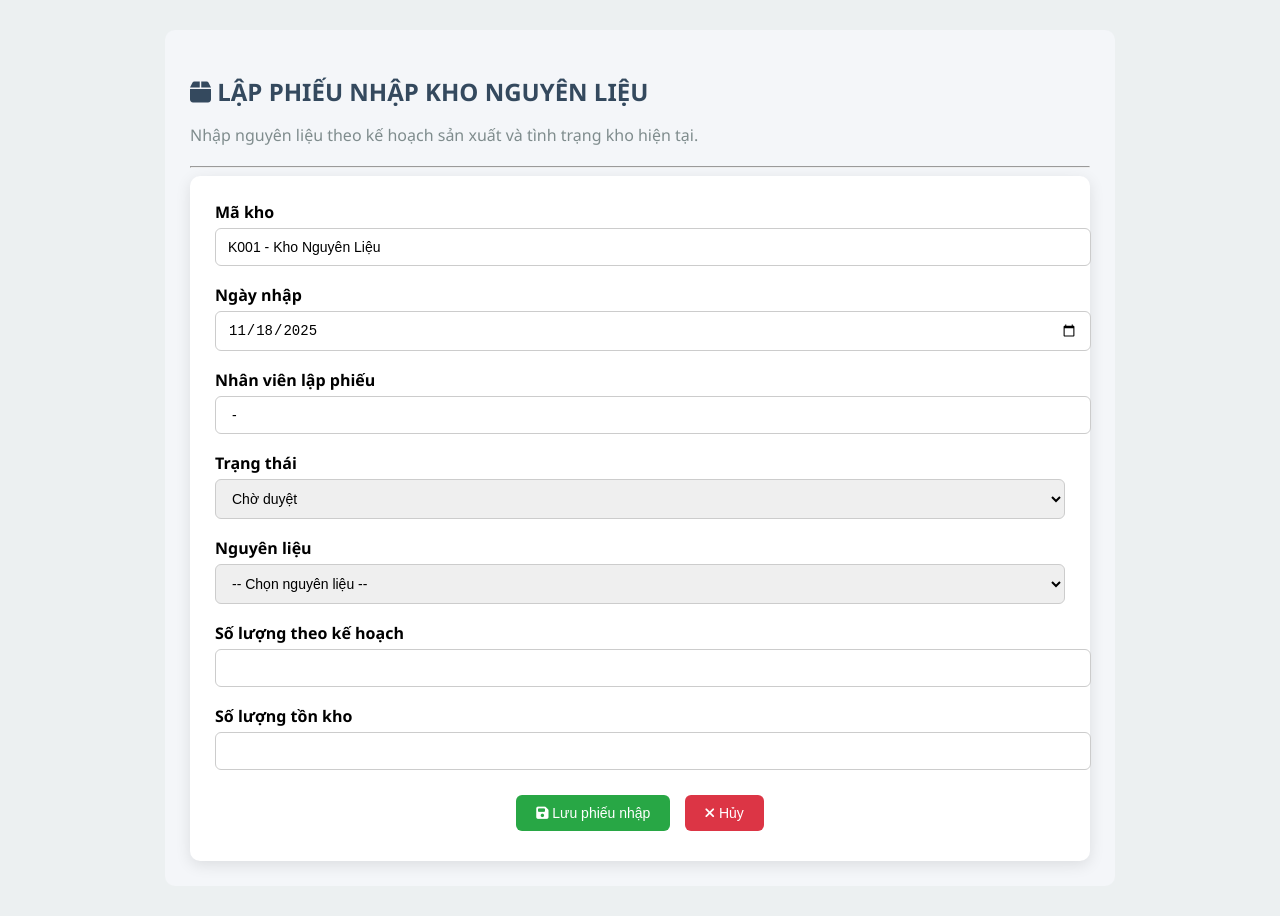
Repository: TienThanhTranK18IUH/PTUD_QLSX_NHAMAY_NOPAINNOGAIN
Page: http://localhost/app/views/phieu/nhapNL.php
The author's editor kept a copy of each file at every save. The page is drawn from the files as they stood at one save, then again after the next save.
The browser window is 1280 px wide. The pictures show the whole page.
The page is run by PHP 8.4 with error messages shown; the project is at /var/www/html/.

Above is the page before, as saved 2025-12-15 20:53:03.

After the next save:
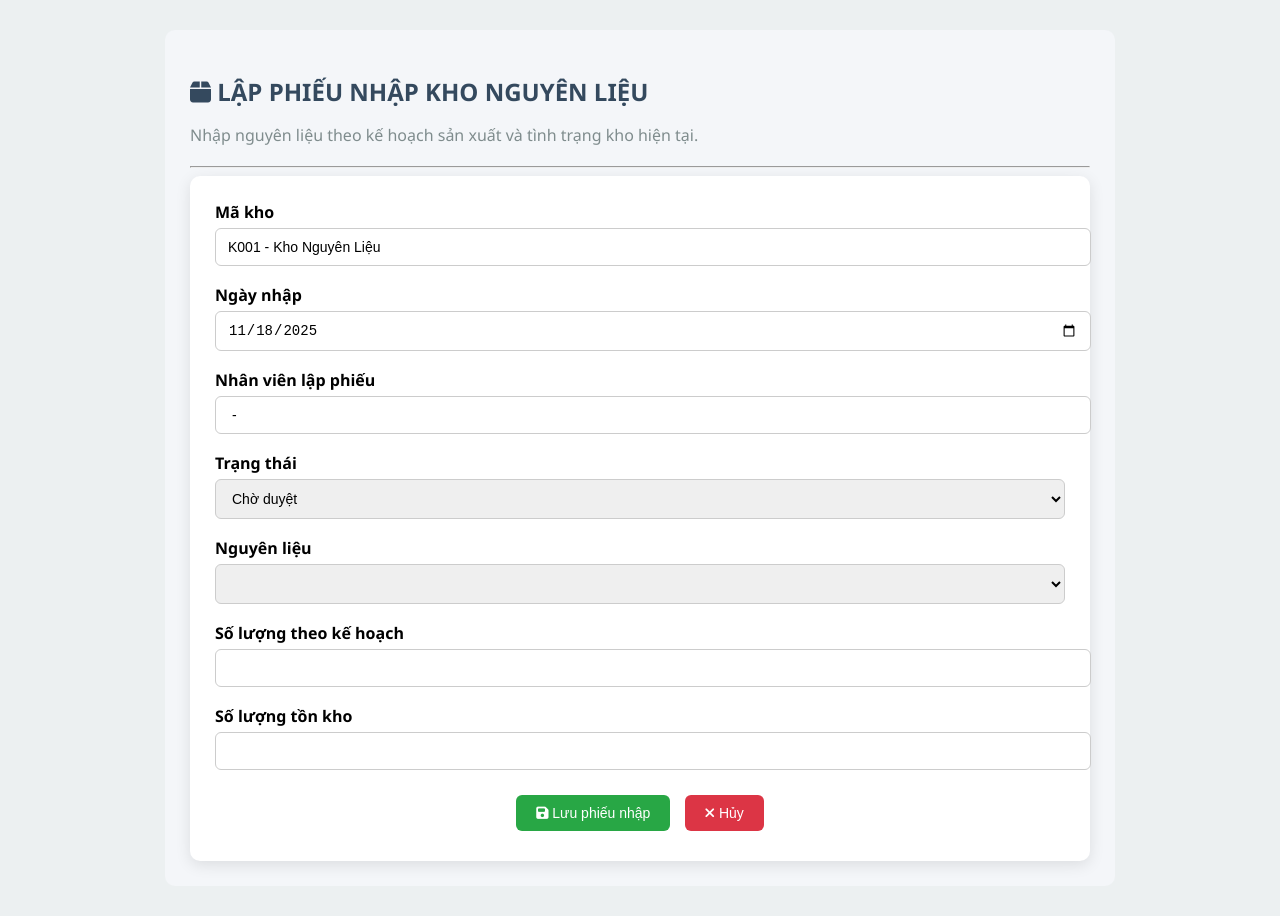
Saved 3 min 10 s later.
--- a/app/views/phieu/nhapNL.php
+++ b/app/views/phieu/nhapNL.php
@@ -76,7 +76,6 @@
             <div class="form-group">
                 <label><strong>Nguyên liệu</strong></label>
                 <select id="maNguyenLieu" name="maNguyenLieu" class="form-control" onchange="capNhatThongTin()" required>
-                    <option value="">-- Chọn nguyên liệu --</option>
                     <?php
                     if (!empty($ds_nguyenlieu)) {
                         foreach ($ds_nguyenlieu as $nl) {

After the save that followed:
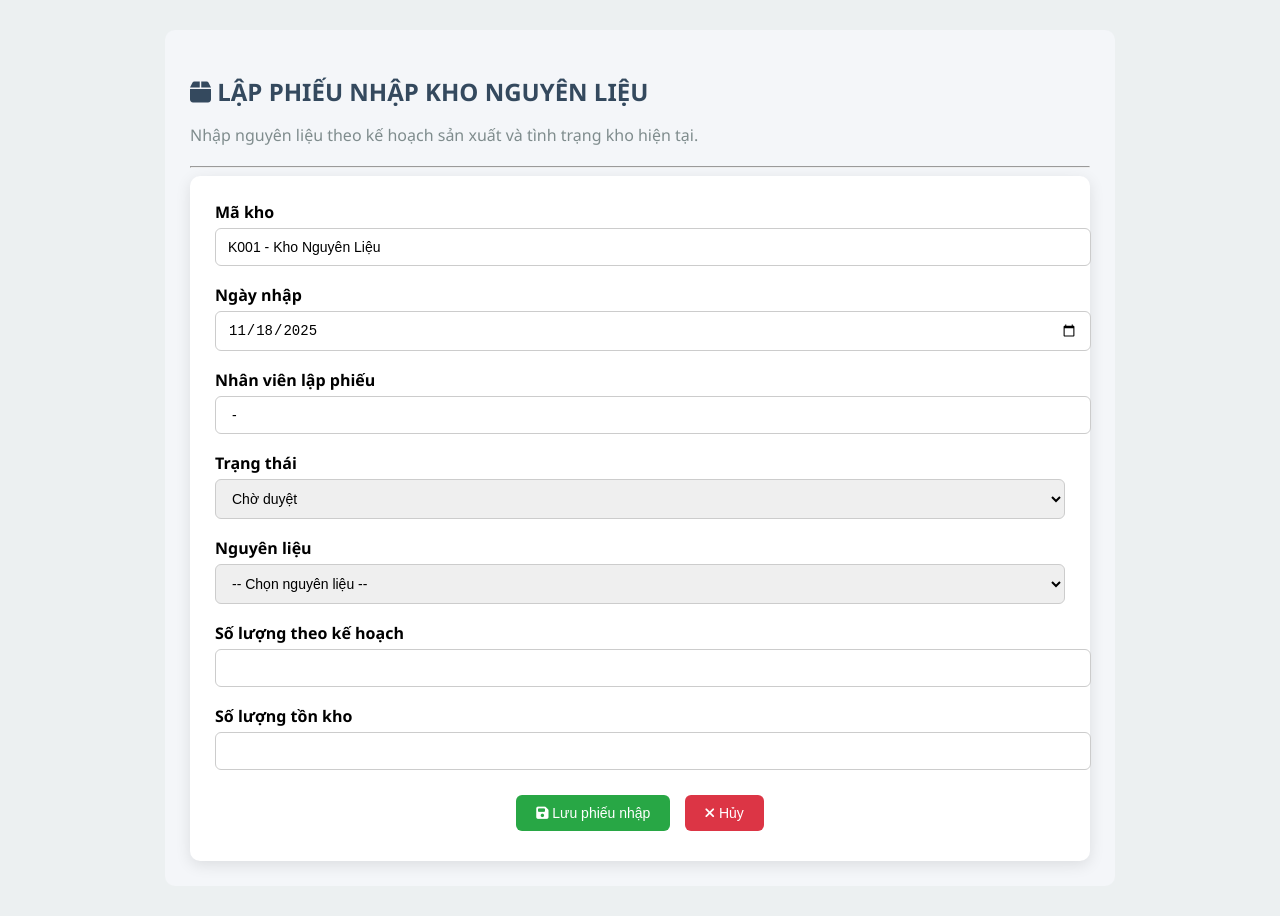
Saved 23 s later.
--- a/app/views/phieu/nhapNL.php
+++ b/app/views/phieu/nhapNL.php
@@ -76,6 +76,7 @@
             <div class="form-group">
                 <label><strong>Nguyên liệu</strong></label>
                 <select id="maNguyenLieu" name="maNguyenLieu" class="form-control" onchange="capNhatThongTin()" required>
+                    <option value="">-- Chọn nguyên liệu --</option>
                     <?php
                     if (!empty($ds_nguyenlieu)) {
                         foreach ($ds_nguyenlieu as $nl) {
